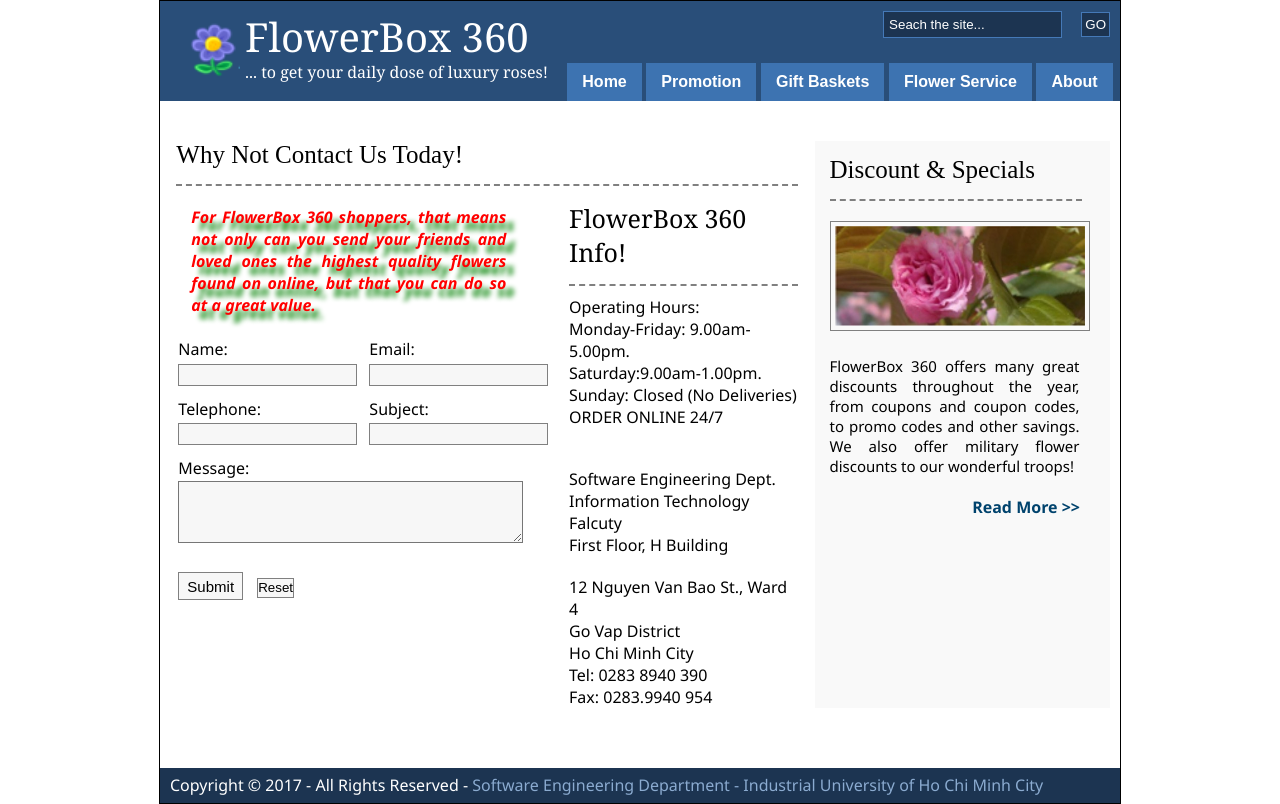
Repository: thu1365/BTKT_WEB
Page: HTML/btkt.html
The author's editor kept a copy of each file at every save. The page is drawn from the files as they stood at one save, then again after the next save.
The browser window is 1280 px wide. The pictures show the whole page.

Above is the page before, as saved 2023-03-11 21:14:46.

After the next save:
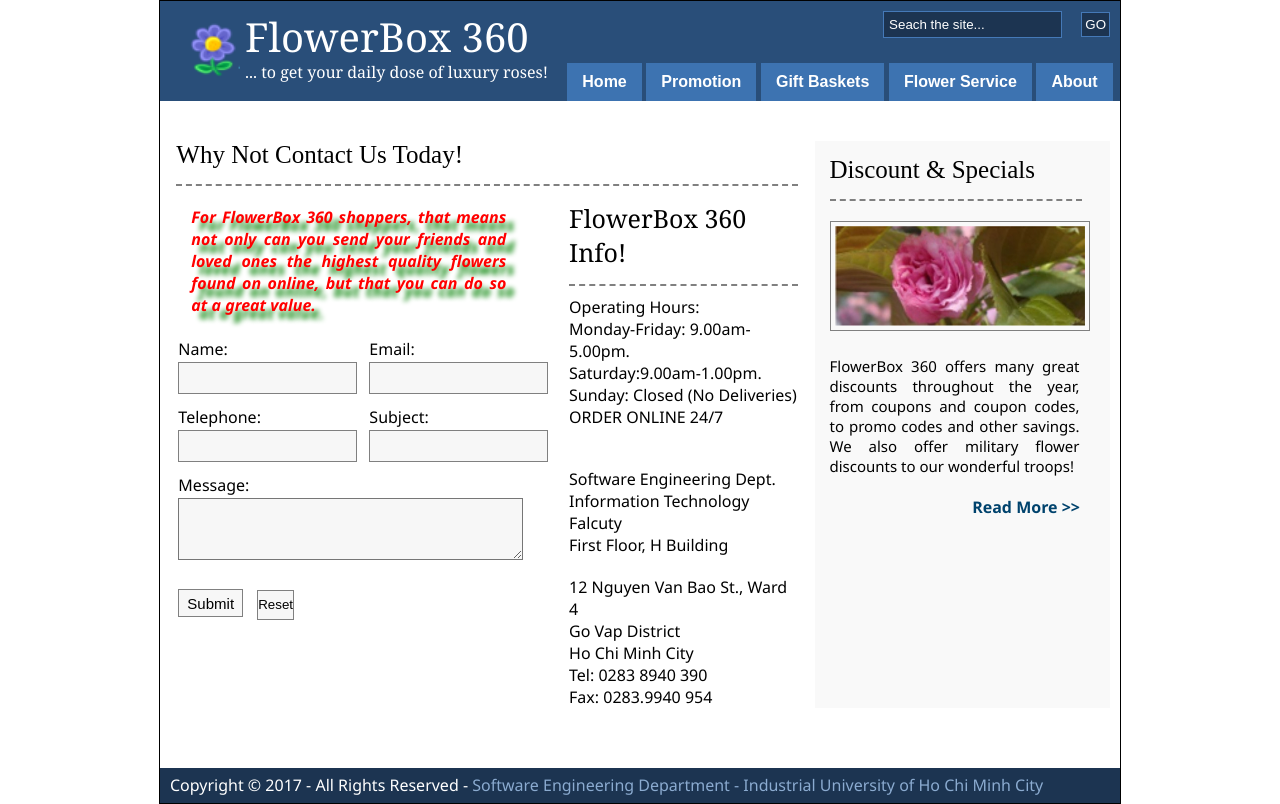
Saved 34 s later.
--- a/HTML/btkt.html
+++ b/HTML/btkt.html
@@ -175,11 +175,10 @@
             font-style: italic;
             font-family: 'Segoe UI', Tahoma, Geneva, Verdana, sans-serif;
             text-shadow: 8px 8px 5px green;
-            font-weight: 500;
         }
 
         table input {
-            height: 20px;
+            height: 30px;
             margin-right: 10px;
             margin-bottom: 10px;
             background-color: #f7f7f7;
